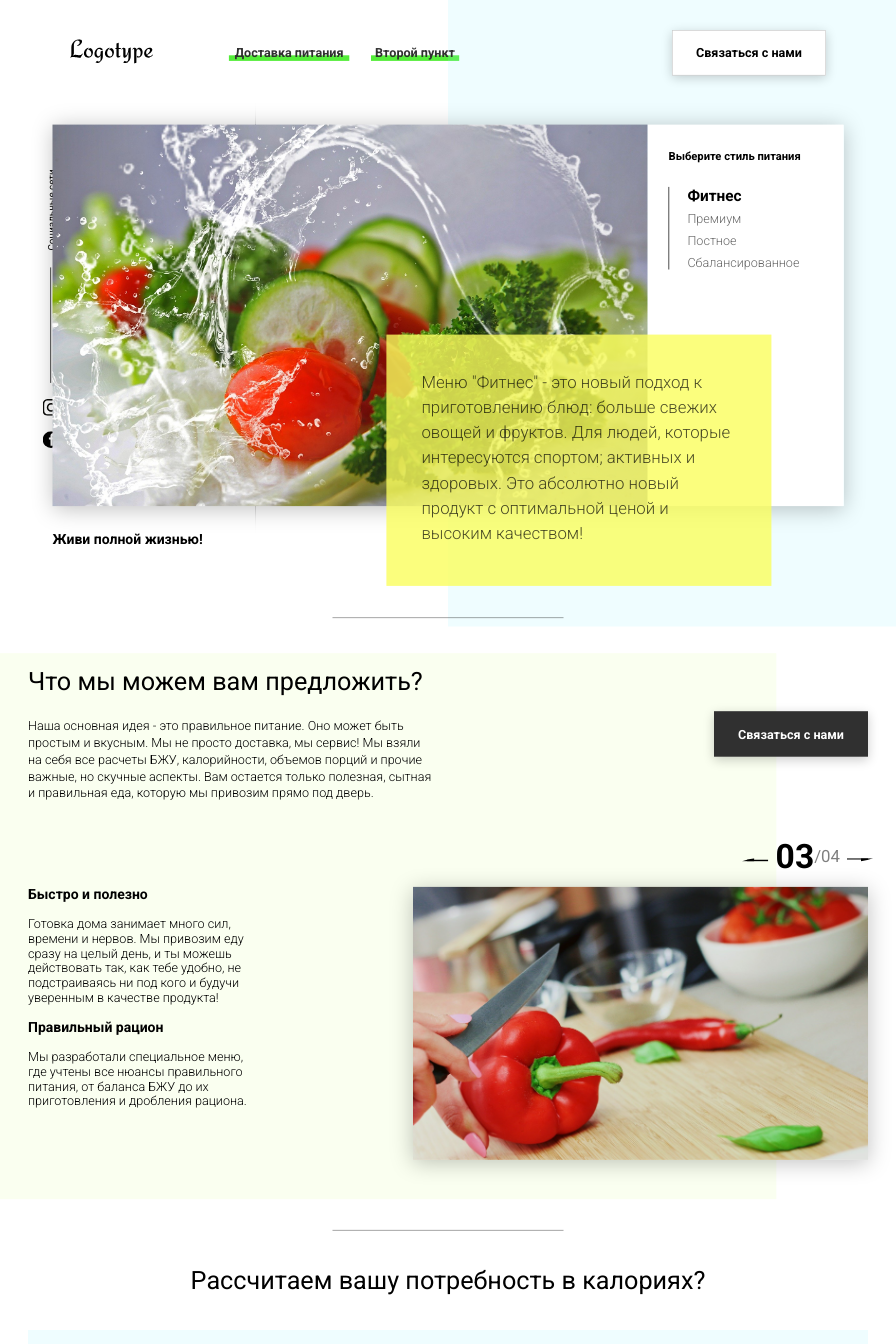
Repository: timSkot/udemy
Page: Создаем табы в новом проекте/index.html
An editor plug-in stored every save of this project. The page is shown before and after a run of saves, followed by the edit.
The browser window is 1280 px wide. The pictures show the part of the page from y = 0 to 1920 px (the page is 4251 px tall before and 3948 px after), at 70% of full size.

Above is the page before, as saved 2021-01-22 17:09:50.

After the next 5 saves:
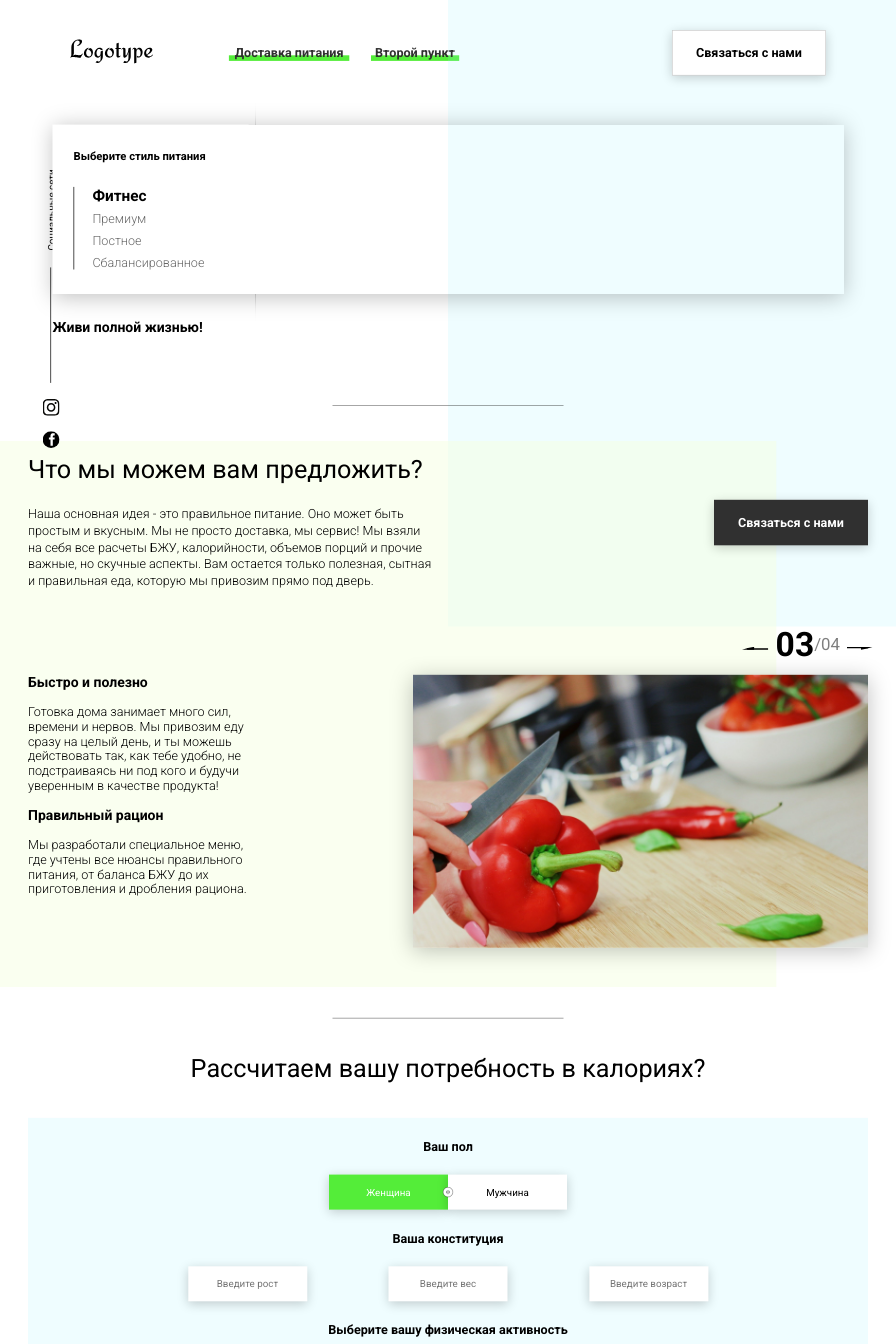
The 5 saves are shown as one change because they came seconds apart.
The last was saved 25 s later.
--- a/Создаем табы в новом проекте/js/script.js
+++ b/Создаем табы в новом проекте/js/script.js
@@ -17,7 +17,8 @@
     }
 
     function showTabContent(i = 0) {
-        tabsContent[i].style.display = 'block';
+        tabsContent[i].classList.add('show');
+        tabsContent[i].classList.add('show');
         tabs[i].classList.add('tabheader__item_active');
     }
 

After the 2 saves that followed:
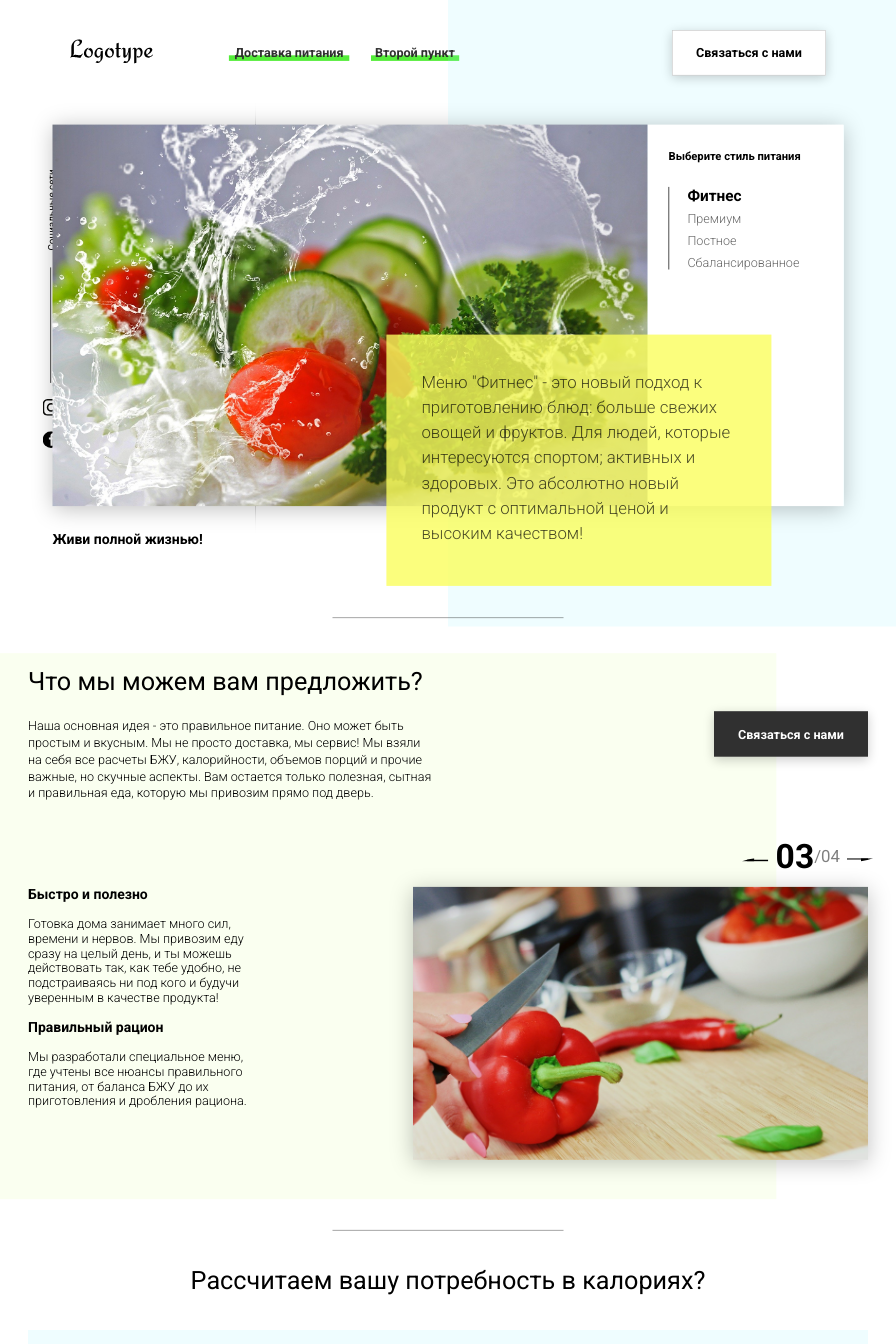
The 2 saves are shown as one change because they came seconds apart.
The last was saved 9 s later.
--- a/Создаем табы в новом проекте/js/script.js
+++ b/Создаем табы в новом проекте/js/script.js
@@ -18,7 +18,7 @@
 
     function showTabContent(i = 0) {
         tabsContent[i].classList.add('show');
-        tabsContent[i].classList.add('show');
+        tabsContent[i].classList.remove('hide');
         tabs[i].classList.add('tabheader__item_active');
     }
 
